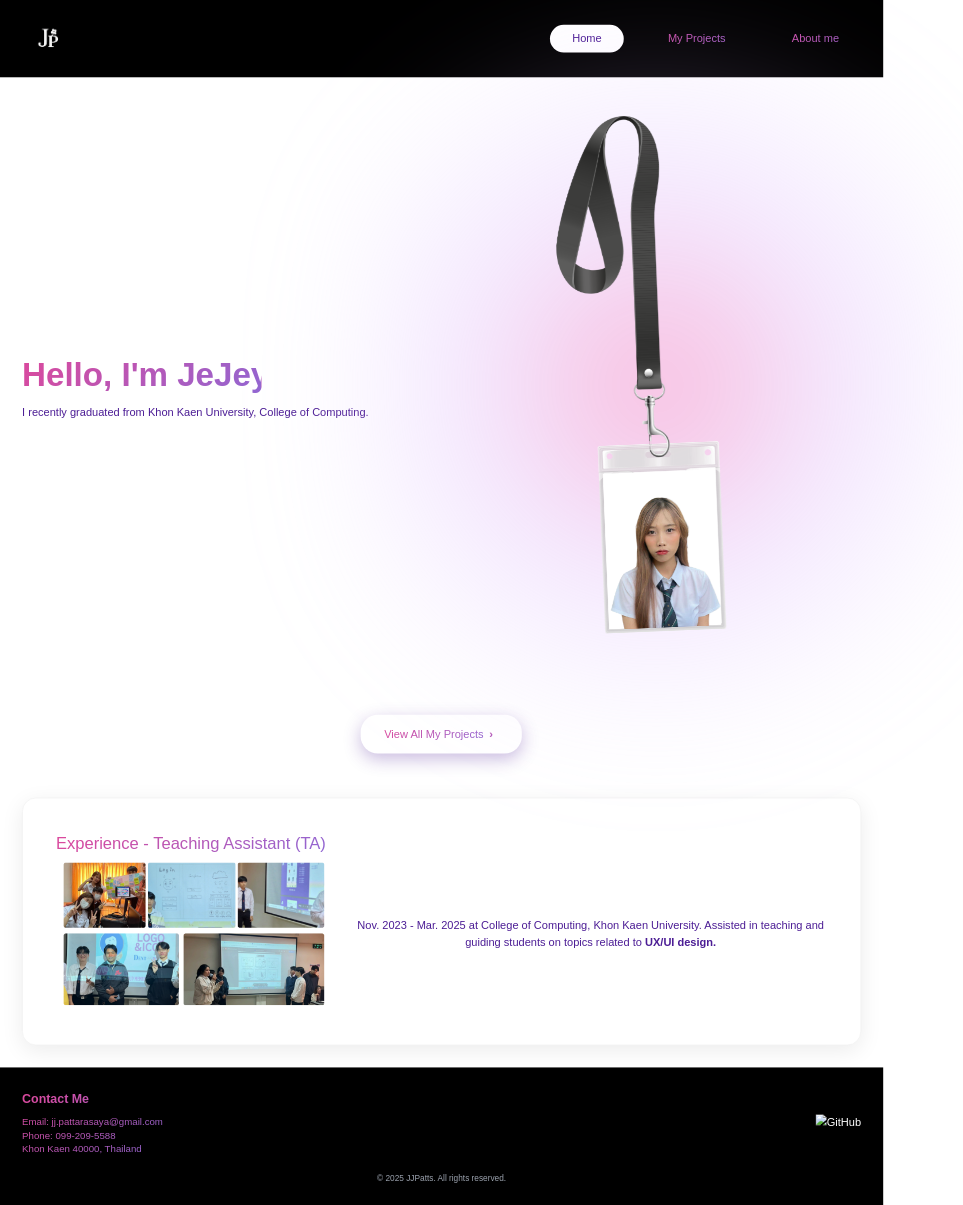
Repository: PattarasayaJJ/Portfolio-jjpatts
Page: /
The author's editor kept a copy of each file at every save. The page is drawn from the files as they stood at one save, then again after the next save.
The browser window is 1280 px wide. The page is 1396 px wide, so the pictures cover 1396 px, including what lies to the right of the window. The pictures show the whole page, at 69% of full size.
The project was rebuilt for these pictures with package versions that can differ from the ones it lists, and the page was loaded fresh each time. Also part of the build but not shown: vite.config.js, vite.config.ts, src/header.css, src/work.css, src/components/Works.jsx, src/components/Aboutme.jsx.

Above is the page before, as saved 2025-08-03 23:44:08.

### index.html
<!doctype html>
<html lang="en">
  <head>
    <meta charset="UTF-8" />
    <link rel="icon" type="image/svg+xml" href="/JPtab.png" />
    <meta name="viewport" content="width=device-width, initial-scale=1.0" />
    <title>JJPatts Portfolio</title>
  </head>
  <body>
    <div id="root"></div>
    <script type="module" src="/src/index.jsx"></script>
  </body>
</html>

### src/index.css
@import 'tailwindcss/base';
@import 'tailwindcss/components';
@import 'tailwindcss/utilities';
@import url('https://fonts.googleapis.com/css2?family=Kanit:wght@400;700&display=swap');

*{
   font-family: 'Kanit', sans-serif;

}

### src/App.jsx
import React from 'react';
import { BrowserRouter as Router, Routes, Route } from 'react-router-dom';
import { Header } from './components/Header';
import { Hero } from './components/Hero';
import { Works } from './components/Works';
import { Aboutme } from './components/Aboutme' ;
import { Footer } from './components/Footer';
export function App() {
  return (
    <Router>
      <div className="w-full min-h-screen bg-white">
        <Header />
        <main className="w-full">
          <Routes>
            <Route path="/" element={<><Hero /> </>} />
            <Route path="/works" element={<><Works /></>}/>
            <Route path="/aboutme" element={<Aboutme />} />


          </Routes>
        </main>
        <Footer />

      </div>
    </Router>
  );
}

### src/components/Header.jsx
import React, { useState } from 'react';
import { Link, useLocation } from 'react-router-dom';
import { MenuIcon, XIcon } from 'lucide-react';
import '../header.css';

export function Header() {
  const [isMenuOpen, setIsMenuOpen] = useState(false);
  const location = useLocation();

  const isActive = (path) => location.pathname === path;

  return (
    <header className="w-full bg-black py-4 px-8 relative">
      <div className="max-w-7xl mx-auto flex justify-between items-center">
        <Link to="/">
          <div className="flex items-center">
            <img src="/JP.png" alt="logo" className="w-20" />
          </div>
        </Link>

        <nav className="hidden md:flex space-x-8">
          <Link
            to="/"
            className={`font-medium px-8 py-2 rounded-full ${
              isActive('/') ? 'bg-white text-purple-600' : 'gradient-text'
            }`}
            style={isActive('/') ? { color: '#4c1d95' } : {}}
          >
            Home
          </Link>
          <Link
            to="/works"
            className={`font-medium px-8 py-2 rounded-full ${
              isActive('/works') ? 'bg-white text-purple-600' : 'gradient-text'
            }`}
            style={isActive('/works') ? { color: '#4c1d95' } : {}}
          >
            My Projects
          </Link>
          <Link
            to="/aboutme"
            className={`font-medium px-8 py-2 rounded-full ${
              isActive('/aboutme') ? 'bg-white text-purple-600' : 'gradient-text'
            }`}
            style={isActive('/aboutme') ? { color: '#4c1d95' } : {}}
          >
            About me
          </Link>
        </nav>

        <button className="md:hidden text-white" onClick={() => setIsMenuOpen(!isMenuOpen)}>
          {isMenuOpen ? <XIcon size={24} /> : <MenuIcon size={24} />}
        </button>
      </div>

      <div
        className={`
          fixed top-0 right-0 w-64 h-full bg-black z-50 transform transition-transform duration-300 ease-in-out
          ${isMenuOpen ? 'translate-x-0' : 'translate-x-full'}
          md:hidden
        `}
      >
        <div className="p-6">
          <button className="text-white mb-8" onClick={() => setIsMenuOpen(false)}>
            <XIcon size={24} />
          </button>
          <nav className="flex flex-col space-y-6">
            <Link
              to="/"
              className={`font-medium px-6 py-2 rounded-full block text-center ${
                isActive('/') ? 'bg-white text-purple-600' : 'gradient-text'
              }`}
              style={isActive('/') ? { color: '#4c1d95' } : {}}
              onClick={() => setIsMenuOpen(false)}
            >
              Home
            </Link>
            <Link
              to="/works"
              className={`font-medium px-6 py-2 rounded-full block text-center ${
                isActive('/works') ? 'bg-white text-purple-600' : 'gradient-text'
              }`}
              style={isActive('/works') ? { color: '#4c1d95' } : {}}
              onClick={() => setIsMenuOpen(false)}
            >
              My Projects
            </Link>
            <Link
              to="/aboutme"
              className={`font-medium px-6 py-2 rounded-full block text-center ${
                isActive('/aboutme') ? 'bg-white text-purple-600' : 'gradient-text'
              }`}
              style={isActive('/aboutme') ? { color: '#4c1d95' } : {}}
              onClick={() => setIsMenuOpen(false)}
            >
              About me
            </Link>
          </nav>
        </div>
      </div>

      {isMenuOpen && (
        <div
          className="fixed inset-0 bg-black bg-opacity-50 z-40 md:hidden"
          onClick={() => setIsMenuOpen(false)}
        />
      )}
    </header>
  );
}

### src/components/Hero.jsx
import React from 'react';
import '../hero.css';
import { Link } from 'react-router-dom';

export const Hero = () => {
  return (
    <>
      <section className="hero-section">
        <div className="hero-container">
          <div className="hero-left">
            <div className="hero-text-box">
              <span className="hero-name typing gradient-text">Hello, I'm JeJey.</span>
              <p className="hero-quote">
                I recently graduated from Khon Kaen University, College of Computing.
              </p>
            </div>


          </div>

          <div className="hero-left">
            <div className="hero-image-wrapper">
              <img
                src="/card1.png"
                alt="Portfolio character illustration"
                className="hero-main-image"
              />
            </div>
          </div>
        </div>

         <Link
              to="/works"
              className="moreproject"
              onClick={() => window.scrollTo({ top: 0, behavior: 'instant' })}
            >
              <span className="gradient-text">View All My Projects</span>
              <span className="arrow-icon gradient-text">›</span>
            </Link>
      </section>

      <section className="hero-section">
        <div className="final-project-card-ex">

           <div className="project-title-container">
    <div className="ex-title-text">Experience - Teaching Assistant (TA)</div>
  </div>


          <div className="final-project-content">
            <div className="final">
              <img
                src="/ta.png"
                alt="TA Presentation"
                className="bottom-image"
              />
            </div>
            <p className="bottom-caption">
              Nov. 2023 - Mar. 2025 at College of Computing, Khon Kaen University.
              Assisted in teaching and guiding students on topics related to{' '}
              <span className="uxui">UX/UI design.</span>
            </p>
          </div>
        </div>
      </section>
    </>
  );
};

### src/components/Footer.jsx
import React from 'react';

export function Footer() {
  return (
    <footer className="w-full bg-black text-white py-8 px-8">
  <div className="max-w-7xl mx-auto flex flex-col md:flex-row justify-between items-center space-y-6 md:space-y-0">

        <div className="text-center md:text-left gradient-text ">
          <h2 className="text-lg font-semibold">Contact Me</h2>
          <p className="text-sm mt-2">Email: jj.pattarasaya@gmail.com</p>
          <p className="text-sm">Phone: 099-209-5588</p>
          <p className="text-sm">Khon Kaen 40000, Thailand</p>

        </div>

        <div className="flex space-x-4 ">
        <a href="https://github.com/PattarasayaJJ" target="_blank" rel="noopener noreferrer">
        <img src="https://github.githubassets.com/favicons/favicon.png" alt="GitHub" />

  </a>

        </div>
      </div>

      <div className="text-center text-xs text-gray-400 mt-6 ">
        © {new Date().getFullYear()} JJPatts. All rights reserved.
      </div>
    </footer>
  );
}

### src/hero.css
.hero-section {
  max-width: 80rem;
    margin: 0 auto;
    padding: 2rem;
}

.hero-container {
  max-width: 80rem;
  margin: 0 auto;
  display: flex;
  flex-direction: column;
  gap: 2rem;
  justify-content: space-between;
  align-items: center;
}

.hero-image-wrapper {
  position: relative;
  z-index: 10;
  overflow: visible;
}

.moreproject {
  width: fit-content;
  height: 3.5rem;
  border-radius: 25px;
  display: flex;
  align-items: center;
  justify-content: center;
  font-size: 1rem;
  cursor: pointer;
  transition: all 0.3s ease;
  text-decoration: none;
  margin: 4rem auto 0;
  box-shadow: 0 8px 25px rgba(76, 29, 149, 0.3);
  padding: 0 2rem;
  border: 2px solid transparent;
  position: relative;
  overflow: hidden;
  animation: pulseMove 2s ease-in-out infinite;
}

@keyframes pulseMove {
  0%, 100% {
    transform: scale(1);
  }
  50% {
    transform: scale(1.05);
  }
}


.moreproject:hover {
  background-color: black;
  transform: scale(1.08);
}

.arrow-icon {
  padding: 0.5rem;
  font-weight: bold;
}

@keyframes gradientShift {
  0% {
    background: radial-gradient(
      circle at center,
      rgba(244, 114, 182, 0.5),
      rgba(216, 180, 255, 0.3),
      transparent 70%
    );
  }
  50% {
    background: radial-gradient(
      circle at center,
      rgba(129, 140, 248, 0.5),
      rgba(216, 180, 255, 0.4),
      transparent 70%
    );
  }
  100% {
    background: radial-gradient(
      circle at center,
      rgba(244, 114, 182, 0.5),
      rgba(216, 180, 255, 0.3),
      transparent 70%
    );
  }
}


.hero-image-wrapper::before {
  content: "";
  position: absolute;
  top: 50%;
  left: 50%;
  width: 150%;
  height: 150%;
  transform: translate(-50%, -50%);
  filter: blur(80px);
  z-index: 5;
  pointer-events: none;
  animation: gradientShift 5s ease-in-out infinite;
}



.hero-left {
  position: relative;
  width: 100%;
}



@media (min-width: 768px) {

  .hero-container {
    flex-direction: row;
  }
  .hero-left {
    width: 50%;
  }
  .final-project-card-ex {
   background: #ffffff;
  border-radius: 20px;
  padding: 3rem;
  box-shadow: 0 8px 32px rgba(0, 0, 0, 0.08);
  border: 1px solid #f0f0f0;
  display: flex;
  flex-direction: column;

}
  .hero-right {
    width: 50%;
    text-align: right;
  }
}





.hero-text-box {
  color: #4c1d95;

}



.hero-quote {
  font-size: 1rem;
  margin-bottom: 1rem;

}

.hero-name {
  font-weight: 700;
  margin-top: 1rem;


}




@keyframes swingImage {
  0% {
    transform: rotate(0deg);
  }
  25% {
    transform: rotate(-3deg);
  }
  50% {
    transform: rotate(0deg);
  }
  75% {
    transform: rotate(3deg);
  }
  100% {
    transform: rotate(0deg);
  }
}

.hero-main-image {
  width: 100%;
  max-width: 28rem;
  margin: 0 auto;
  position: relative;
  z-index: 20;
  animation: swingImage 5s ease-in-out infinite;
  transform-origin:center;
}

.final-project-content {
  display: flex;
  align-items: center;
  gap: 2rem;
}

.final {
  flex-shrink: 0;
}

.bottom-caption {
  flex: 1;
  text-align: left;
}

.ex-title-text {
  background: linear-gradient(135deg, #DD489B, #9067D3);
  -webkit-background-clip: text;
  -webkit-text-fill-color: transparent;
  background-clip: text;
  display: inline-block;
  font-size: 1.5rem;
}




@media (max-width: 767px) {
  .hero-image-wrapper::before {
    width: 100%;
    height: 100%;
    filter: blur(60px);
  }
  .hero-main-image {
    width: 90%;
    max-width: 20rem;
  }

  .hero-text-box {
    max-width: 100%;
    margin-left: 0;
    padding: 0 1rem;
  }
  .hero-quote {
    font-size: 1rem;

  }

  .bottom-caption {
    font-size: 1rem;
    color: #4c1d95;
    align-self: center;
    text-align: center;

  }
   .final-project-content {
    flex-direction: column;
    gap: 1.5rem;
  }

  .bottom-caption {
    text-align: center;
  }
  .uxui{
    font-size: 1rem;
    color: #4c1d95;
    text-align: center;
    line-height: 1.5;
    font-weight: bold;

  }
  .final-project-card-ex {
  background: #ffffff;
  border-radius: 20px;
  padding: 3rem;
  box-shadow: 0 8px 32px rgba(0, 0, 0, 0.08);
  border: 1px solid #f0f0f0;
  display: flex;
  flex-direction: column;
  }
  .interest{
    list-style: none;
    color: #4c1d95;

  }
  li{
    font-size: 1rem;
    color: #4d1d95a2;
    line-height: 1.8rem;

  }

}









  @media (min-width: 768px) {
    .bottom-image {
      width:400px;
      max-width: 700px;
      border-radius: 1rem;
    }


    .bottom-caption {
      font-size: 1rem;
      color: #4c1d95;
      align-self: center;
      text-align: center;

    }
    .uxui{
      font-size: 1rem;
      color: #4c1d95;
      text-align: center;
      line-height: 1.5;
      font-weight: bold;

    }
  }



  .hero-name{
    font-size: 3rem;
  }

  .typing {
    display: inline-block;
    overflow: hidden;
    white-space: nowrap;
    animation: typing 2s steps(13) forwards;
  }

  @keyframes typing {
    from { width: 0 }
    to { width: 13ch }
  }

### src/aboutme.css
.about-container {
  max-width: 1200px;
  margin: 0 auto;
  padding: 2rem 1rem;
  background-color: #ffffff;
}

.breadcrumb {
  margin-bottom: 1rem;
  font-size: 1rem;
  color: #4B5563;
  display: flex;
  align-items: center;
}

.breadcrumb-link {
  color: #4B5563;
  text-decoration: none;
}

.breadcrumb-link:hover {
  text-decoration: underline;
}


.breadcrumb-separator {
  margin: 0 0.5rem;
}

.breadcrumb-current {
  font-weight: bold;
  color: #4c1d95;
}

.about-content {
  display: grid;
  grid-template-columns: 1fr 2fr;
  gap: 3rem;
  align-items: start;
}

.profile-section {
  display: flex;
  flex-direction: column;
  gap: 2rem;
}

.profile-card {
  background: #ffffff;
  border-radius: 20px;
  padding: 1rem;
  box-shadow: 0 8px 32px rgba(0, 0, 0, 0.08);
  border: 1px solid #f0f0f0;
  text-align: center;
}

.avatar-container {
  display: flex;
  flex-direction: column;
  align-items: center;
}

.avatar-wrapper {
  width: 200px;
  height: 200px;
  transition: transform 0.3s ease;
}

.avatar-wrapper:hover {
  transform: scale(1.05);
}

.avatar-img {
  width: 100%;
  height: 100%;
  object-fit: contain;
}

.profile-name {
  font-size: 1.5rem;
  color: #4c1d95;
  margin: 0;
}

.profile-title {
  font-size: 1rem;
  color: #6b46c1;
  margin: 0;
}

.email {
  font-size: 1rem;
  color: #6b7280;
  margin-bottom: 10px;
}

.social-icons {
  display: flex;
  justify-content: center;
  gap: 1rem;
}

.social-link {
  display: flex;
  align-items: center;
  justify-content: center;
  width: 40px;
  height: 40px;
  box-shadow: 0 8px 32px rgba(0, 0, 0, 0.08);
  border-radius: 50%;
  transition: all 0.3s ease;
}

.social-link:hover {
  transform: translateY(-2px);
  box-shadow: 0 4px 12px rgba(107, 70, 193, 0.3);
}

.social-icons img {
  width: 20px;
  height: 20px;
}

.education-card {
  background: #ffffff;
  border-radius: 20px;
  padding: 2rem;
  box-shadow: 0 8px 32px rgba(0, 0, 0, 0.08);
  border: 1px solid #f0f0f0;
}

.education-content {
  margin-top: 1rem;
}

.degree {
  font-size: 1rem;
  color: #4c1d95;
  margin: 0 0 0.5rem 0;
}

.university {
  font-size: 1rem;
  color: #4c1d95;
  margin: 0 0 0.25rem 0;
}

.graduation {
  font-size: 0.9rem;
  color: #6b7280;
  margin: 0;
}

.skills-section {
  display: flex;
  flex-direction: column;
}

.skills-grid {
  display: grid;
  grid-template-columns: 1fr;
  gap: 2rem;
}

.skill-category {
  background: #ffffff;
  border-radius: 20px;
  padding: 2rem;
  box-shadow: 0 8px 32px rgba(0, 0, 0, 0.08);
  border: 1px solid #f0f0f0;
  border-left: 5px solid #ffdff3;
}

.section-title,
.category-title {
  font-size: 1rem;
  margin: 0 0 1.5rem 0;
  display: flex;
  align-items: center;
}

.gradient-text {
  background: linear-gradient(135deg, #DD489B, #9067D3);
  -webkit-background-clip: text;
  -webkit-text-fill-color: transparent;
  background-clip: text;
}

.skills-list {
  display: flex;
  flex-wrap: wrap;
  gap: 0.75rem;
}

.skill-tag {
  background: linear-gradient(135deg, #e5d4ff, #f3e8ff);
  color: #6b46c1;
  padding: 0.5rem 1rem;
  border-radius: 20px;
  font-size: 0.8rem;
  border: 1px solid #e5d4ff;
  transition: all 0.3s ease;
  cursor: default;
}

.skill-tag:hover {
  background: linear-gradient(135deg, #ddd6fe, #e5d4ff);
  transform: translateY(-2px);
  box-shadow: 0 4px 12px rgba(107, 70, 193, 0.2);
}

@media (max-width: 1024px) {
  .about-content {
    grid-template-columns: 1fr;
    gap: 2rem;
  }

  .skills-grid {
    grid-template-columns: repeat(2, 1fr);
  }
}

@media (max-width: 768px) {
  .about-container {
    padding: 1.5rem 1rem;
  }

  .about-content {
    gap: 1.5rem;
  }

  .skills-grid {
    grid-template-columns: 1fr;
    gap: 1.5rem;
  }

  .profile-card,
  .education-card,
  .skill-category {
    padding: 1.5rem;
  }

  .avatar-wrapper {
    width: 150px;
    height: 150px;
  }

  .profile-name {
    font-size: 1.25rem;
  }

  .profile-title {
    font-size: 0.9rem;
  }

  .section-title,
  .category-title {
    font-size: 1.1rem;
  }

  .skill-tag {
    font-size: 0.8rem;
    padding: 0.4rem 0.8rem;
  }
}

@media (max-width: 480px) {

  .profile-card,
  .education-card,
  .skill-category {
    padding: 1.25rem;
  }

  .avatar-wrapper {
    width: 120px;
    height: 120px;
  }

  .profile-name {
    font-size: 1rem;
  }

  .skills-list {
    gap: 0.5rem;
  }

  .skill-tag {
    font-size: 0.75rem;
    padding: 0.35rem 0.7rem;
  }
}

Loaded but not shown: src/index.jsx (common file); tailwind.config.js (common file)

After the next save:
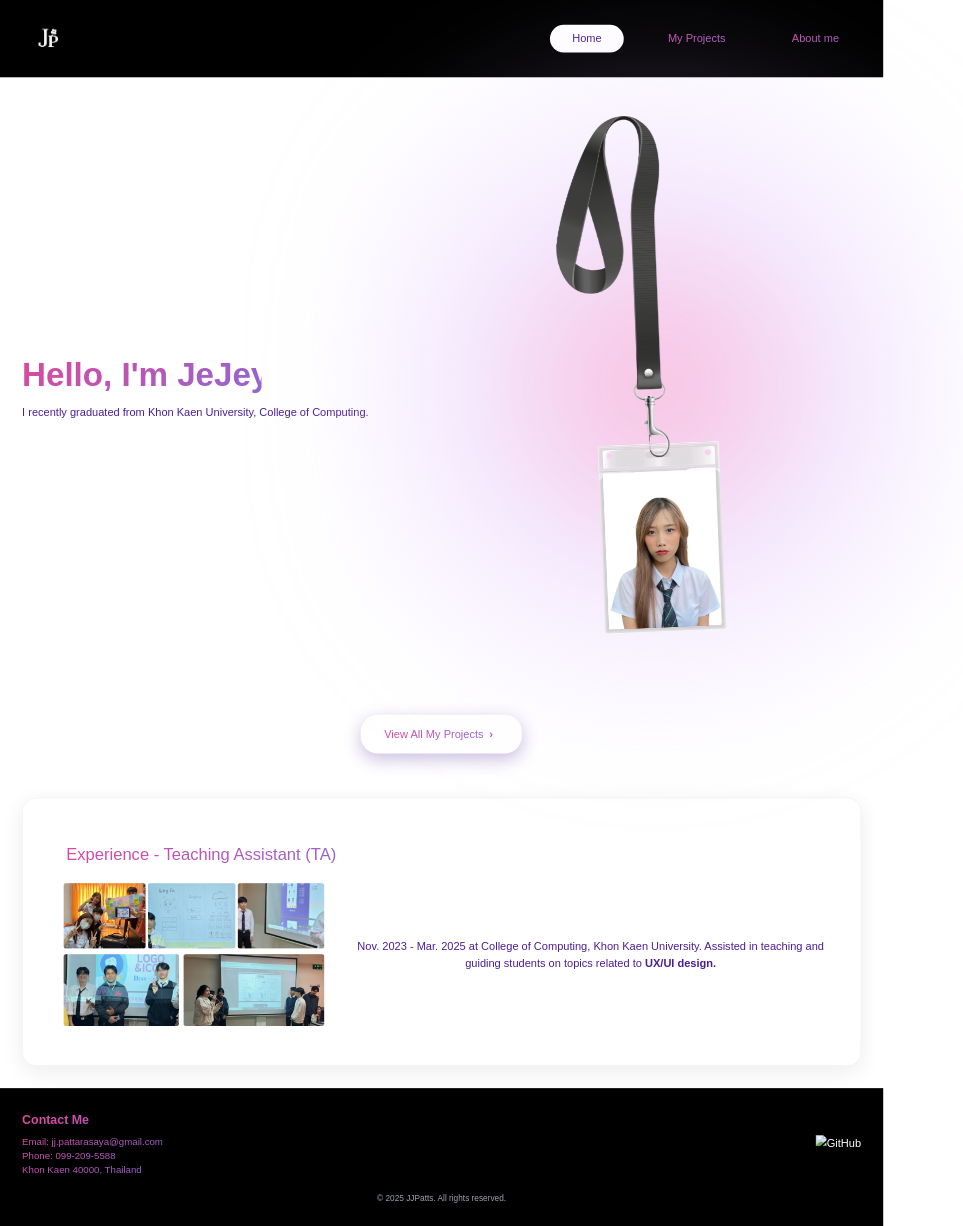
Saved 8 s later.
--- a/src/hero.css
+++ b/src/hero.css
@@ -212,6 +212,7 @@
   background-clip: text;
   display: inline-block;
   font-size: 1.5rem;
+  padding: 15px;
 }
 
 
